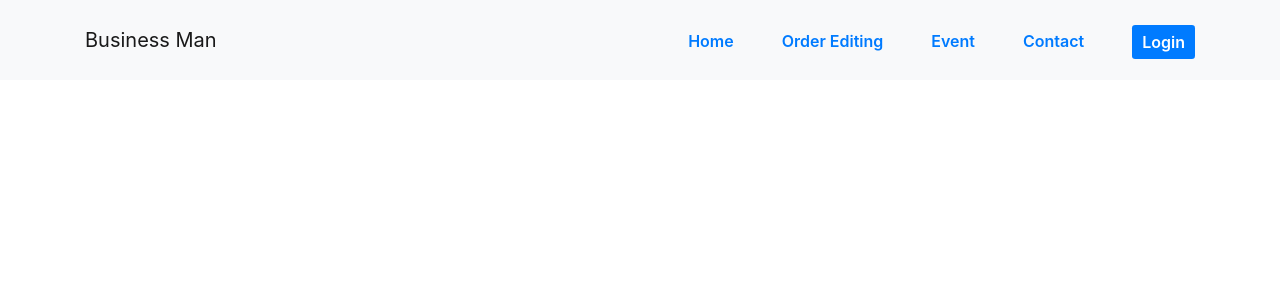
Repository: mdtahsinamin/internship-task
Page: /
The author's editor kept a copy of each file at every save. The page is drawn from the files as they stood at one save, then again after the next save.
The browser window is 1280 px wide. The pictures show the whole page.
The project was rebuilt for these pictures with package versions that can differ from the ones it lists, and the page was loaded fresh each time. Also part of the build but not shown: src/App.css, src/Components/Style/SignIn.css, src/Components/Authentication/SignIn.js, src/Components/NotFound/NotFound.js.

Above is the page before, as saved 2020-12-24 18:40:34.

After the next save:
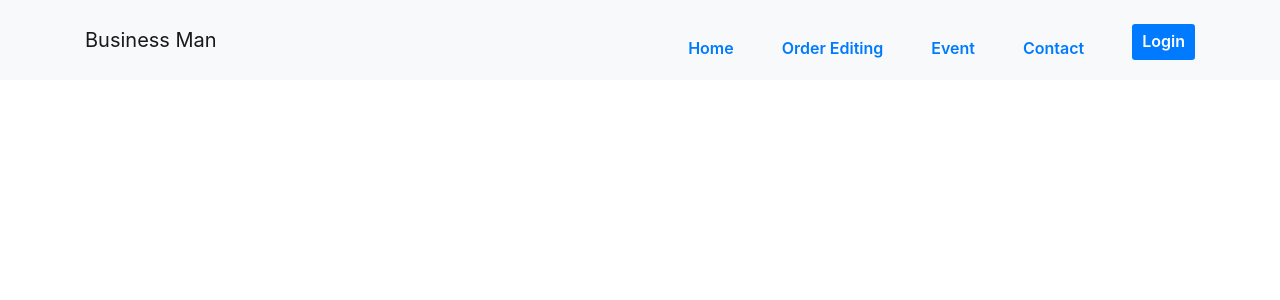
Saved 9 s later.
--- a/src/Components/Pages/Share/Navigation/Navigation.js
+++ b/src/Components/Pages/Share/Navigation/Navigation.js
@@ -36,7 +36,7 @@
                     {
                         links.map((link,index) =>{
                               return (
-                               <Link className="mr-5 mt-2" to={`${link.toLocaleLowerCase().split(' ').join('-')}`} style={linkStyle} key={index}>
+                               <Link className="mr-5 mt-3" to={`${link.toLocaleLowerCase().split(' ').join('-')}`} style={linkStyle} key={index}>
                                    {link}
                                </Link>
                               )

After the save that followed:
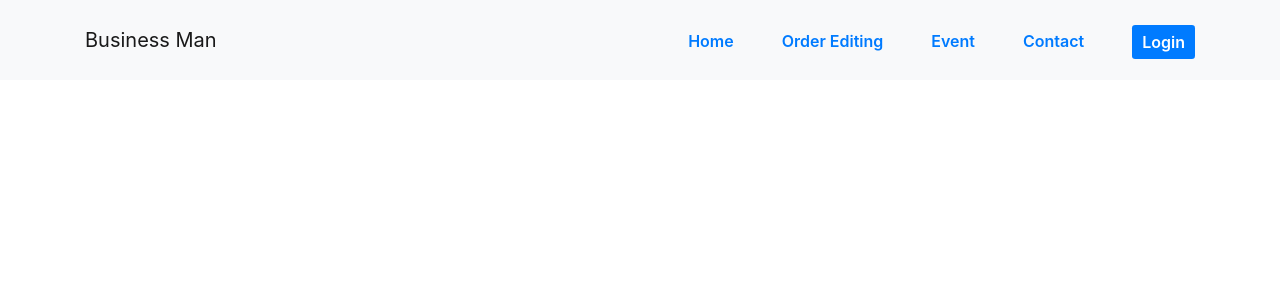
Saved 7 s later.
--- a/src/Components/Pages/Share/Navigation/Navigation.js
+++ b/src/Components/Pages/Share/Navigation/Navigation.js
@@ -36,7 +36,7 @@
                     {
                         links.map((link,index) =>{
                               return (
-                               <Link className="mr-5 mt-3" to={`${link.toLocaleLowerCase().split(' ').join('-')}`} style={linkStyle} key={index}>
+                               <Link className="mr-5 mt-2" to={`${link.toLocaleLowerCase().split(' ').join('-')}`} style={linkStyle} key={index}>
                                    {link}
                                </Link>
                               )
